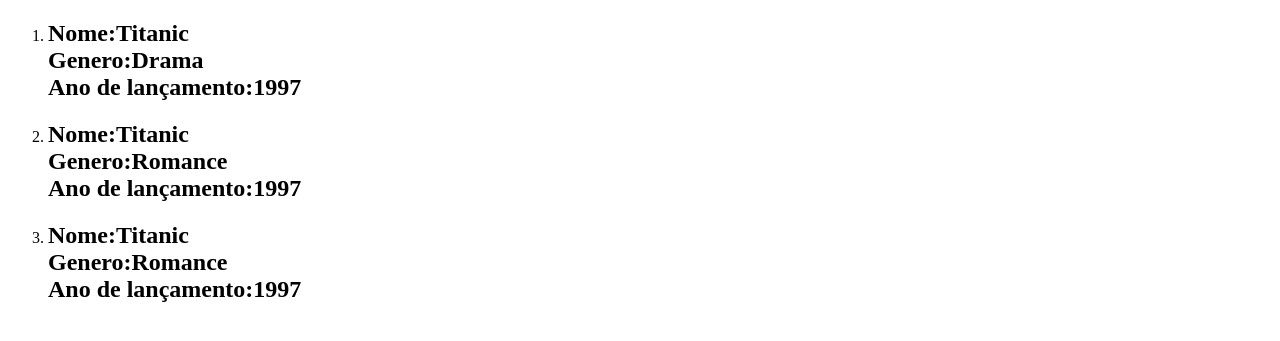
Repository: RodrigoModesto33/Estudos-JavaWeb
Page: CatalogoDeFilmes/WebContent/listadefilmes.html
These files come from the project's save history. The page is drawn as it stood at one moment and after the next save; the edit follows.
The browser window is 1280 px wide. The pictures show the whole page.

Above is the page before, as saved 2021-02-21 19:25:52.

After the next save:
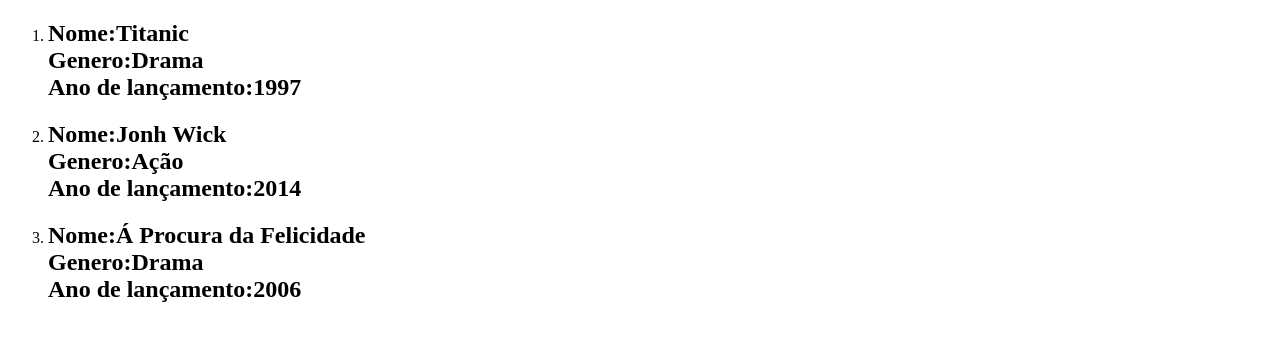
Saved 2 min 55 s later.
--- a/CatalogoDeFilmes/WebContent/listadefilmes.html
+++ b/CatalogoDeFilmes/WebContent/listadefilmes.html
@@ -6,19 +6,19 @@
 </head>
 <body>
 <ol>
-<li><h2>Nome:Titanic <br>
-	Genero:Drama <br>
+<li><h2>Nome:Titanic<br>
+	Genero:Drama<br>
 	Ano de lançamento:1997</h2>
 </li>
 
-<li><h2>Nome:Titanic <br>
-	Genero:Romance <br>
-	Ano de lançamento:1997</h2>
+<li><h2>Nome:Jonh Wick<br>
+	Genero:Ação<br>
+	Ano de lançamento:2014</h2>
 </li>
 
-<li><h2>Nome:Titanic <br>
-	Genero:Romance <br>
-	Ano de lançamento:1997</h2>
+<li><h2>Nome:Á Procura da Felicidade<br>
+	Genero:Drama<br>
+	Ano de lançamento:2006</h2>
 </li>
 </ol>
 </body>
